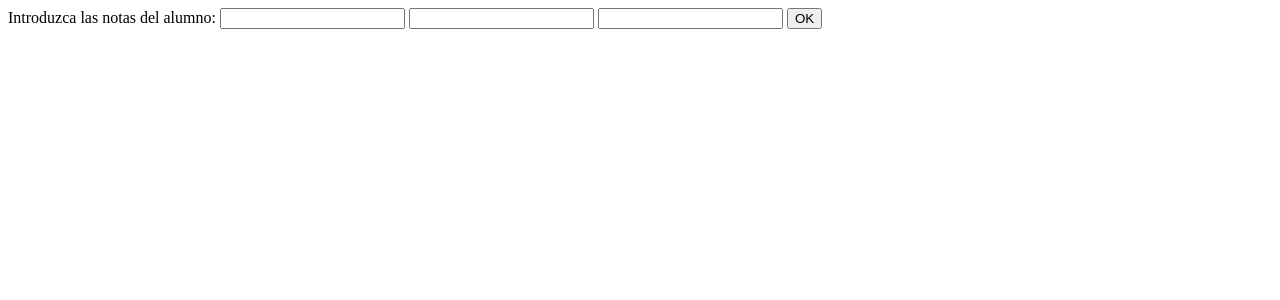
Repository: Matmart13/Acceso-a-Datos-2
Page: http://localhost/JSP1/Ejercicio5.jsp
The author's editor kept a copy of each file at every save. The page is drawn from the files as they stood at one save, then again after the next save.
The browser window is 1280 px wide. The pictures show the whole page.
The page is served by Tomcat 9.

Above is the page before, as saved 2023-01-30 14:41:31.

After the next save:
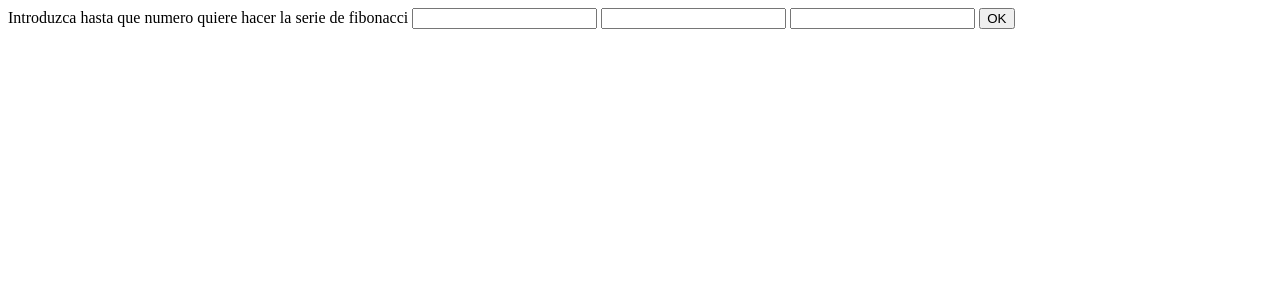
Saved 16 s later.
--- a/JSP1/src/main/webapp/Ejercicio5.jsp
+++ b/JSP1/src/main/webapp/Ejercicio5.jsp
@@ -7,7 +7,7 @@
 </head>
 <body>
 <form method="get" action="resultadoEj1.jsp">
-Introduzca las notas del alumno:
+Introduzca hasta que numero quiere hacer la serie de fibonacci
 <input type="text" name="numero1">
 <input type="text" name="numero2">
 <input type="text" name="numero3">
